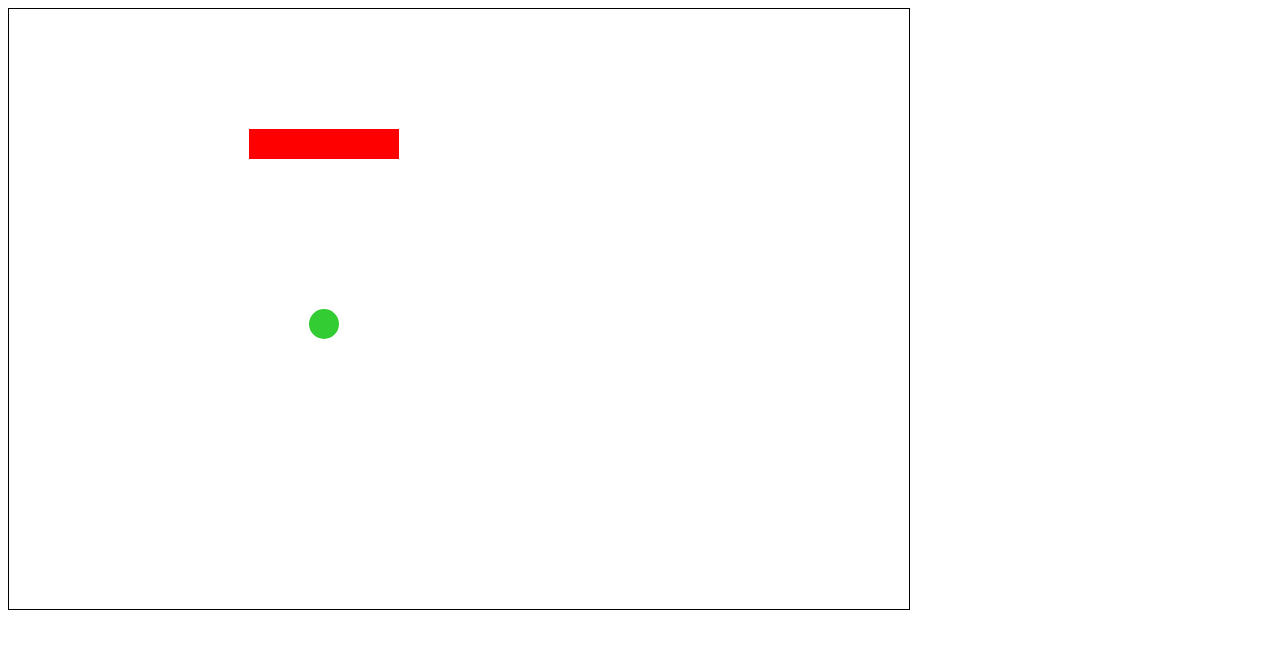
Repository: laben35/snake
Page: index.html
These files come from the project's save history. The page is drawn as it stood at one moment and after the next save; the edit follows.
The browser window is 1280 px wide. The pictures show the whole page.

Above is the page before, as saved 2019-12-08 17:44:02.

### index.html
<!DOCTYPE html>
<html lang="en">
<head>
    <meta charset="UTF-8">
    <meta name="viewport" content="width=device-width, initial-scale=1.0">
    <meta http-equiv="X-UA-Compatible" content="ie=edge">
    <title>The snake game</title>
    <script src="script.js"></script>
</head>
<body>

</body>
</html>

### script.js
window.onload = function()
{
    var canvasWidth = 900;
    var canvasHeight = 600;
    var blockSize = 30;
    var ctx;
    var delay = 1000;   // si j'augmente le délai de rafraichissement du canvas,  le serpent avance moins vite, comme ça il se rafraichit une fois toutes les secondes et non toutes les dixièmes de secondes
    var snakee;
    var applee;
    var widthInBlocks = canvasWidth/blockSize;  //la largeur en terme de block sera la largeur divisée par la taille du bloc c'est à dire, la largeur est de 900px et la taille du bloc (blockSize) est de 30px ==> notre largeur en terme de blocks sera de 30px var 30*30=900
    var heightInBocks = canvasHeight/blockSize; //600/30 = 20

    init();

    function init()
    {
            var canvas = document.createElement('canvas');  //Canvas élément HTML qui permet de dessiner notre page HTML
            canvas.width = canvasWidth;
            canvas.height = canvasHeight;
            canvas.style.border = "1px solid";
            document.body.appendChild(canvas);
            ctx = canvas.getContext('2d');
            snakee = new Snake( [[6,4], [5,4], [4,4], [3,4], [2,4]], "right");
            applee = new Apple([10,10]);
            refreshCanvas();
    }

    //fonction qui rafraichit le canvas
    function refreshCanvas()
    {
        snakee.advance();
        if(snakee.checkCollision())
        {
            //Game over
        }
        else
        {
            if(snakee.isEatingApple(applee))         // Condition est-ce que le serpent a mangé un fruit
            {
                snakee.ateApple = true;   //le serpent a bien mangé un fruit
                do
                {
                    applee.setNewPosition();     //Le serpent a mangé un fruit donc on va replacer le fruit à un autre endroit d'où la nouvelle méthode: setNewPosition()
                }
                while(applee.isOnSnake(snakee))

            }
            ctx.clearRect(0,0,canvasWidth, canvasHeight);
            snakee.draw();
            applee.draw();
            setTimeout(refreshCanvas, delay);
        }
    }

    function drawBlock(ctx, position)
    {
        var x = position[0] * blockSize;
        var y = position[1] * blockSize;
        ctx.fillRect(x,y, blockSize, blockSize);
    }

    //Le constructeur
    function Snake(body, direction)
    {
        this.body = body;
        this.direction = direction;
        this.ateApple = false;      //Pour savoir si mon serpent a mangé un fruit pour le faire grandir  ==> ajout de cette propriété...
        this.draw = function()
        {
            ctx.save();
            ctx.fillStyle = "#ff0000";
            for(var i = 0; i < this.body.length; i++)
           {
               drawBlock(ctx, this.body[i]);
           }
           ctx.restore();
        };
        this.advance = function()
        {
            var nextPosition = this.body[0].slice();
            switch(this.direction)
            {
                case "left":
                    nextPosition[0] -= 1;    //ici c'est la position du x
                    break;
                case "right":
                    nextPosition[0] += 1;
                    break;
                case "down":
                    nextPosition[1] += 1;   //ici c'est la position du y
                    break;
                case "up":
                    nextPosition[1] -= 1;
                    break;
                default:
                    throw("Invalid Direction");
            }
            this.body.unshift(nextPosition);
            this.body.pop();  // Le serpent a mangé un fruit. Ici le pop me permets d'enlever le dernier bloc cad on avançait la tête d'une position et on supprimait la dernière donc mon serpent restait à la même taille
        };
        this.setDirection = function(newDirection)
        {
            var allowedDirections;
            switch(this.direction)
            {
                case "left":
                case "right":
                    allowedDirections = ["up", "down"];
                    break;
                case "down":
                case "up":
                    allowedDirections = ["left", "right"];
                    break;
                default:
                    throw("Invalid Direction");
            }
            if(allowedDirections.indexOf(newDirection) > -1)   //Si c'est >-1 alors ma nouvelle direction est permise
            {
                this.direction = newDirection;
            }
        };
        this.checkCollision = function()   //Fonction pour délimiter l'espace du serpent ==> pour ne pas qu'il sorte du canvas sinon game over
        {
            var wallCollision = false;  //si le serpent rentre dans le mur ==> les limites du canvas
            var snakeCollision = false; //si le serpent rentre sur lui-même
            var head =  this.body[0];   // c'est la tête qui prend la collision donc c'est cette partie que l'on vérifie
            var rest = this.body.slice(1);      //rest du corps du serpent en utilisant la fonction slice et autant qu'il passe sur la valeur 0 et va nous copier tout le reste dans ce array rest.
            var snakeX = head[0];
            var snakeY = head[1];
            var minX = 0;
            var minY = 0;
            var maxX = widthInBlocks - 1;
            var maxY = heightInBocks - 1;
            var isNotBetweenHorizontalWalls = snakeX < minX || snakeX > maxX;
            var isNotBetweenVerticalWalls = snakeY < minY || snakeY > maxY;

            if(isNotBetweenHorizontalWalls || isNotBetweenVerticalWalls)
            {
                wallCollision = true;
            }

            for(var i = 0; i < rest.length; i++)
            {
                if(snakeX === rest[i][0] && snakeY === rest[i][1])  //je vérifie si la tête du serpent est sur l'élément 0 ==>[i] et son X à lui [0] et je vérifie si la tête snakeX et l"élément du corps rest[i][0] ont le même X et le même Y ce qui voudrait dire que la tête du serpent est sur la même X qu'une des case du reste du serpent
                {
                    snakeCollision = true;
                }
            }
            return wallCollision || snakeCollision;
        };
        this.isEatingApple = function(appleToEat)
        {
            var head = this.body[0];  //Je déclare une variable et là, je vérifie si le X de la tête cad le head[0] est égale au corps à la place 0 c'est le 1er élément du corps de mon serpent
            if(head[0] === appleToEat.position[0] && head[1] === appleToEat.position[1])
            {
                return true;  //si cette condition est vrai, le serpent a mangé le fruit sinon rien
            }
            else
                return false;
        };
    }

    function Apple(position)
    {
        this.position = position;
        this.draw = function()
        {
            ctx.save();
            ctx.fillStyle = "#33cc33";   // couleur de la pomme
            ctx.beginPath();    //dessin de la pomme qui est ronde donc on utilise radius
            var radius = blockSize/2;
            var x = this.position[0]*blockSize + radius;
            var y = this.position[1]*blockSize + radius;
            ctx.arc(x,y, radius, 0, Math.PI*2, true);    //Dessin du cercle
            ctx.fill();
            ctx.restore();
        };
        this.setNewPosition = function()   //Je veux que cette méthode soit aléatoire donc un endroit au hasard dans mon canvas
        {
            var newx = Math.round(Math.random() * (widthInBlocks - 1));
            var newY = Math.round(Math.random() * (heightInBocks - 1));
            this.position = [newx, newY];
        };
        this.isOnSnake = function(snakeToCheck)          //métohde qui vérifie si le fruit est sur le serpent puisque sa position est aléatoire
        {
            var isOnSnake = false;

            for(var i = 0; i < snakeToCheck.body.length; i++ )  // Pour cette vérification, je fais une boucle et je passe sur chacun des blocks de mon serpent
            {
                if(this.position[0] === snakeToCheck.body[i][0] && this.position[1] === snakeToCheck.body[i][1])
                {
                   isOnSnake = true;
                }
            }
            return isOnSnake;
        };
    }

    document.onkeydown = function handleKeyDown(e)   //évènement
    {
        var key = e.keyCode;      //Nous donne le code de la touche qui a été appuyée
        var newDirection;        //nouvelle direction en fonction de la touche qui a été appuyée
        switch(key)             //swith sur la touche appuyée
        {
            case 37:   //flèche qui va à gauche
                newDirection = "left";
                break;
            case 38:   //flèche qui va en haut
                newDirection = "up";
                break;
            case 39:   //flèche qui va à droite
                newDirection = "right";
                break;
            case 40:    //flèche qui va en bas
                newDirection = "down";
                break;
                default:
                    return;
        }
        snakee.setDirection(newDirection);
    }

}

After the next save:
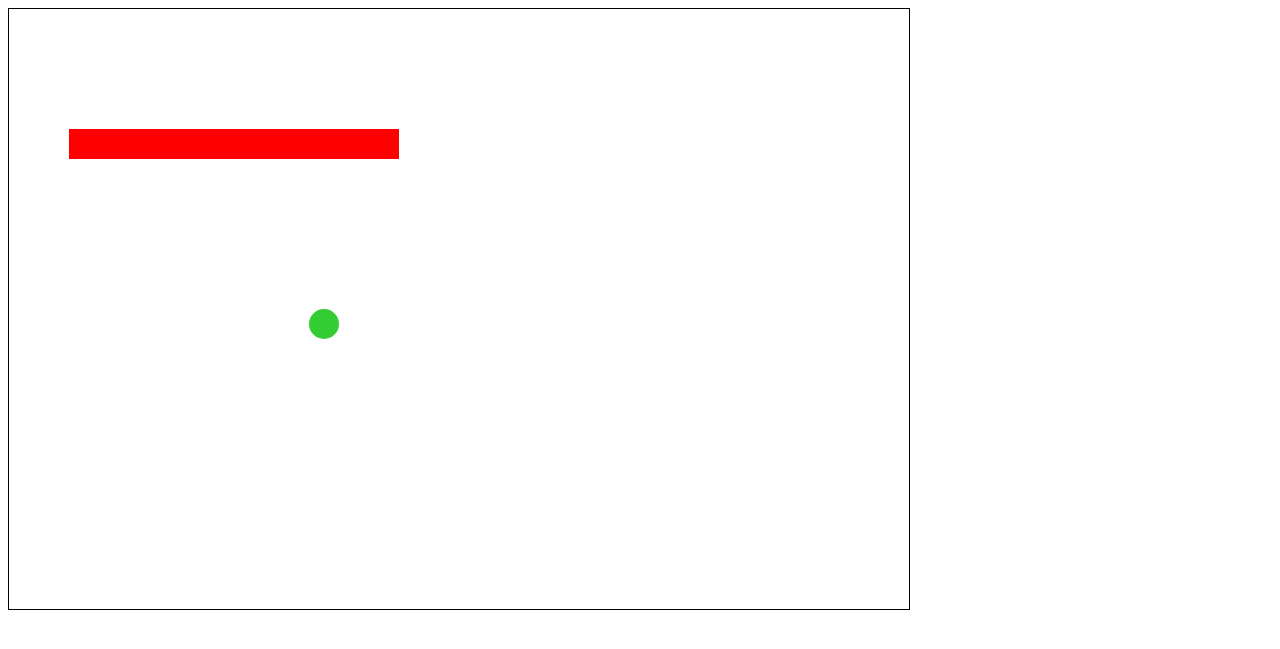
Saved 42 s later.
--- a/script.js
+++ b/script.js
@@ -96,6 +96,7 @@
                     throw("Invalid Direction");
             }
             this.body.unshift(nextPosition);
+            if(this.ateApple)
             this.body.pop();  // Le serpent a mangé un fruit. Ici le pop me permets d'enlever le dernier bloc cad on avançait la tête d'une position et on supprimait la dernière donc mon serpent restait à la même taille
         };
         this.setDirection = function(newDirection)

After the save that followed:
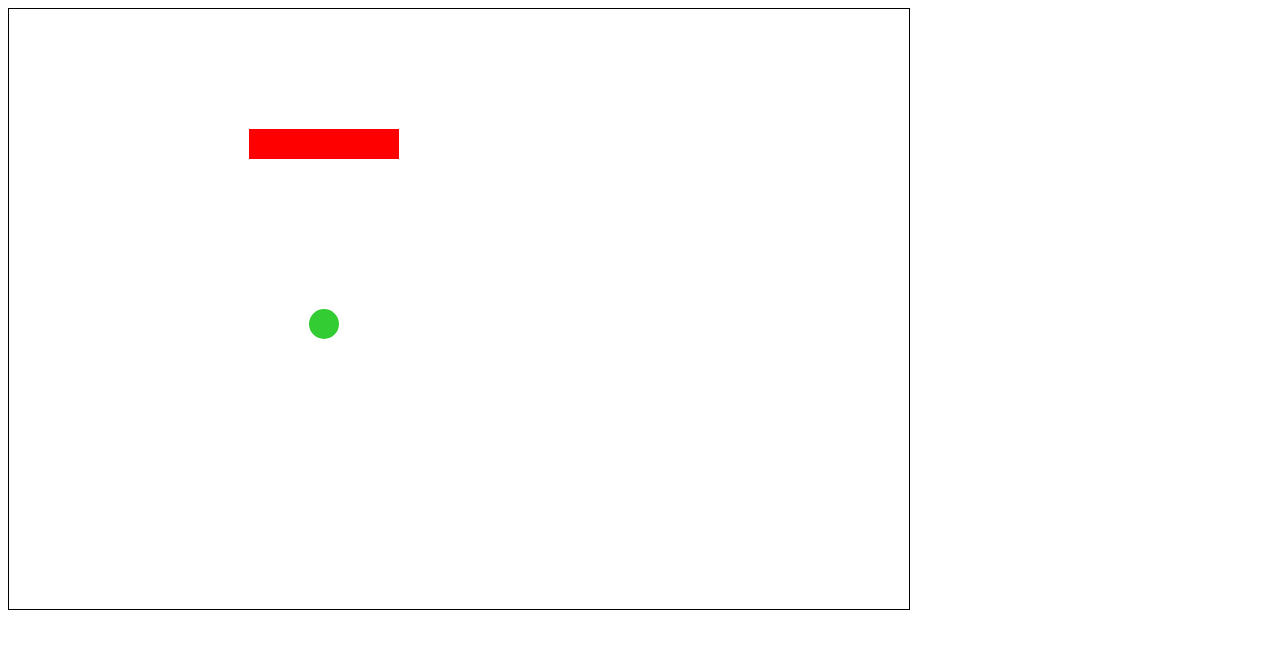
Saved 15 s later.
--- a/script.js
+++ b/script.js
@@ -96,7 +96,10 @@
                     throw("Invalid Direction");
             }
             this.body.unshift(nextPosition);
-            if(this.ateApple)
+            if(!this.ateApple)
+            {
+
+            }
             this.body.pop();  // Le serpent a mangé un fruit. Ici le pop me permets d'enlever le dernier bloc cad on avançait la tête d'une position et on supprimait la dernière donc mon serpent restait à la même taille
         };
         this.setDirection = function(newDirection)
